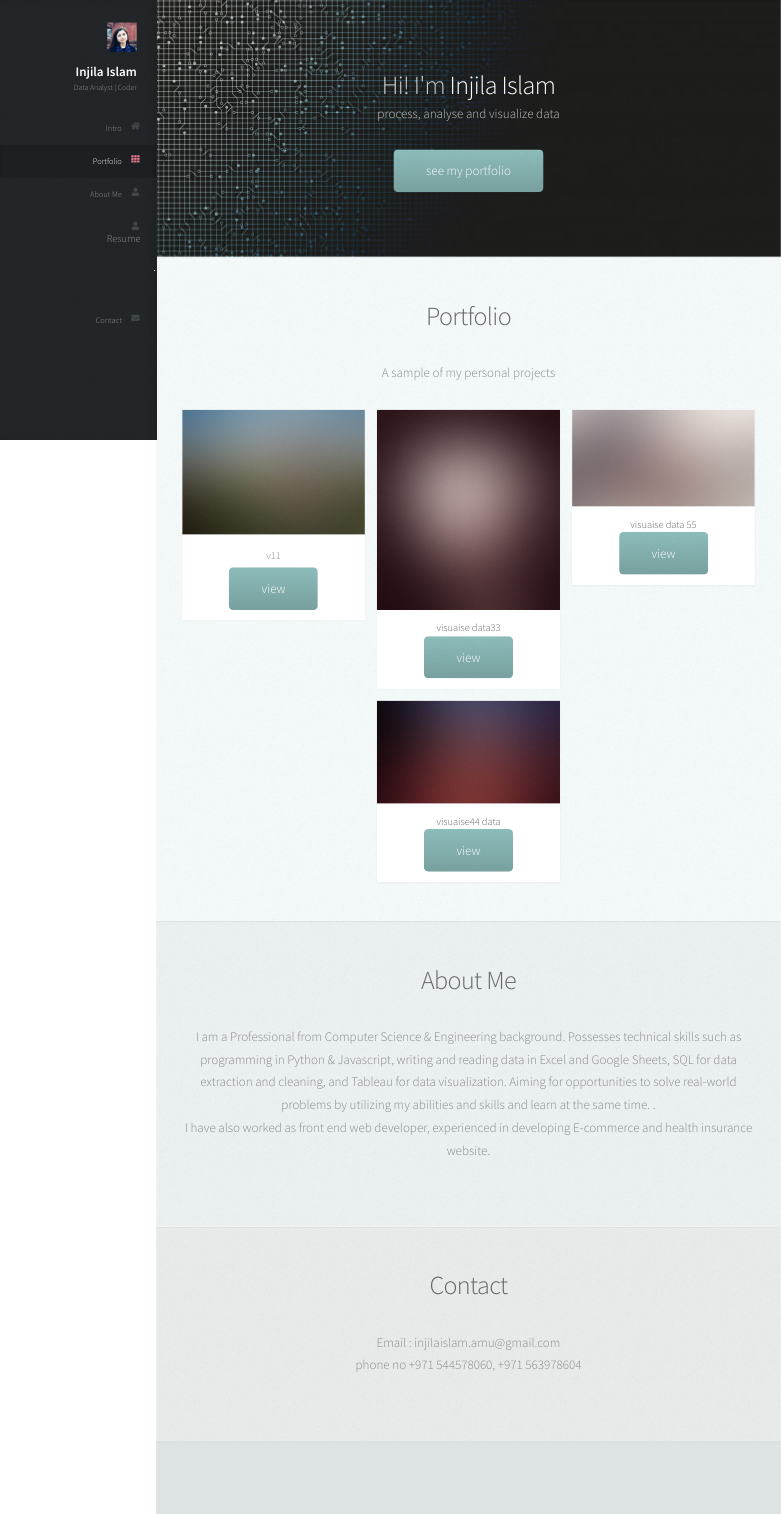
Repository: IslamInjila/new_portfolio
Page: index.html
An editor plug-in stored every save of this project. The page is shown before and after the next save, followed by the edit.
The browser window is 1280 px wide. The pictures show the whole page, at 61% of full size.

Above is the page before, as saved 2021-03-06 19:57:53.
Console error (its wording comes from the project's code and is left out).

After the next save:
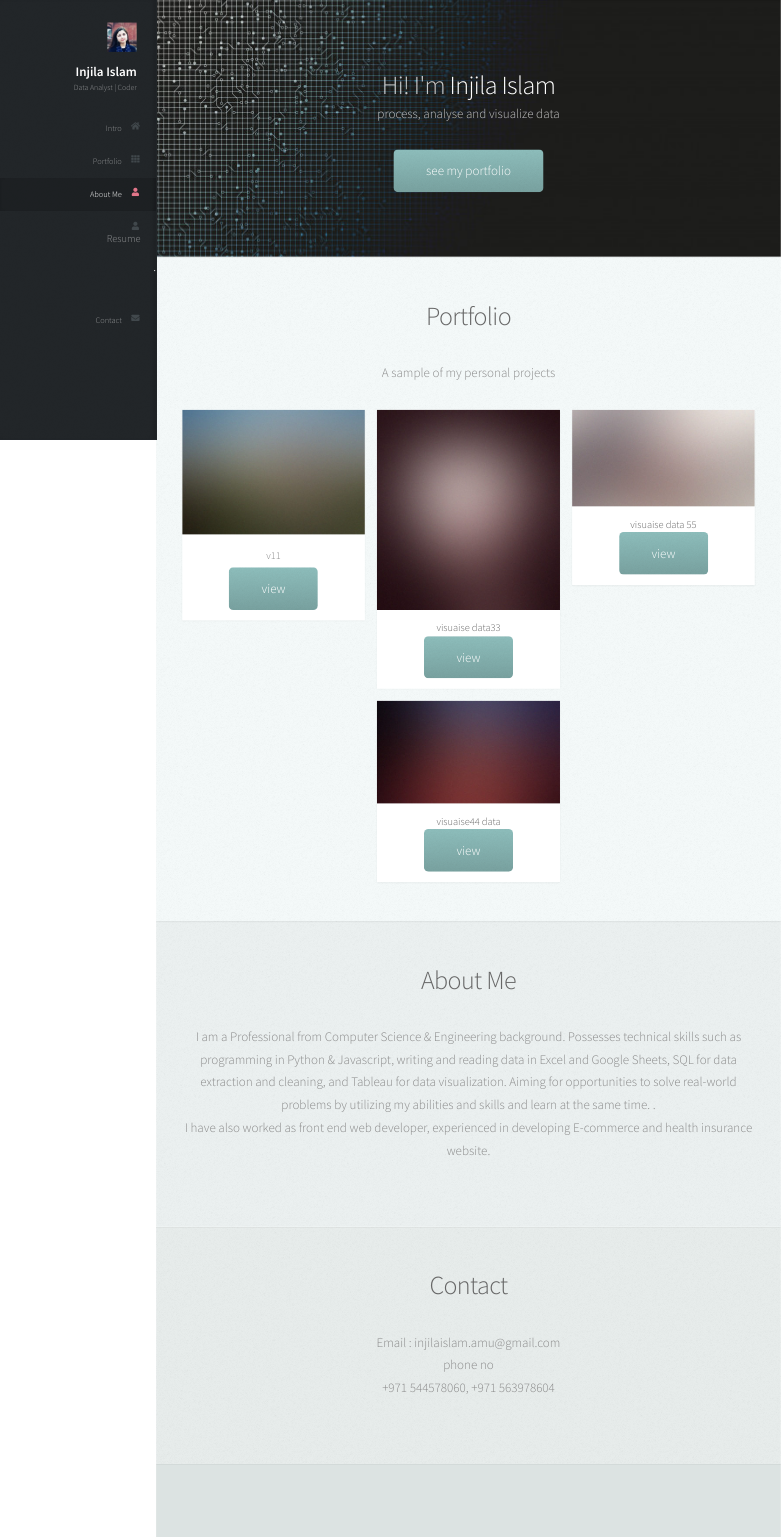
Saved 52 s later.
--- a/index.html
+++ b/index.html
@@ -191,7 +191,7 @@
 								<h2>Contact</h2>
 							</header>
 							<P> Email : injilaislam.amu@gmail.com
-							<br>phone no  +971 544578060, +971 563978604</p>
+							<br>phone no <br> +971 544578060, +971 563978604</p>
 
 							<!-- <p>Elementum sem parturient nulla quam placerat viverra
 							mauris non cum elit tempus ullamcorper dolor. Libero rutrum ut lacinia
